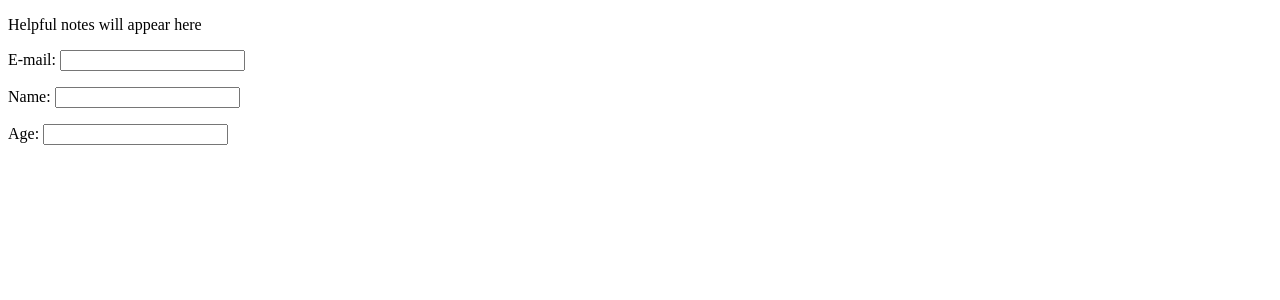
Repository: LeeHyoun/pollytec
Page: workspace2/JavaScript/WebContent/privateFunction.html
These files come from the project's save history. The page is drawn as it stood at one moment and after the next save; the edit follows.
The browser window is 1280 px wide. The pictures show the whole page.

Above is the page before, as saved 2015-04-02 01:54:55.
Console error: TypeError: Cannot set properties of null (setting 'onfocus')

After the next save:
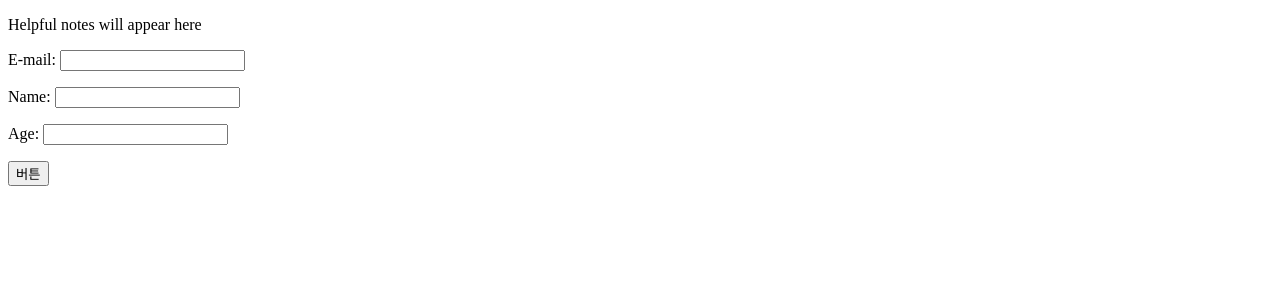
Saved 82 s later.
--- a/workspace2/JavaScript/WebContent/privateFunction.html
+++ b/workspace2/JavaScript/WebContent/privateFunction.html
@@ -67,5 +67,7 @@ var Counter = (function()
 <p>E-mail: <input type="text" id="email" name="email"></p>
 <p>Name: <input type="text" id="name" name="name"></p>
 <p>Age: <input type="text" id="age" name="age"></p>
+
+<input type="button" id="btn" value="버튼">
 </body>
 </html>
